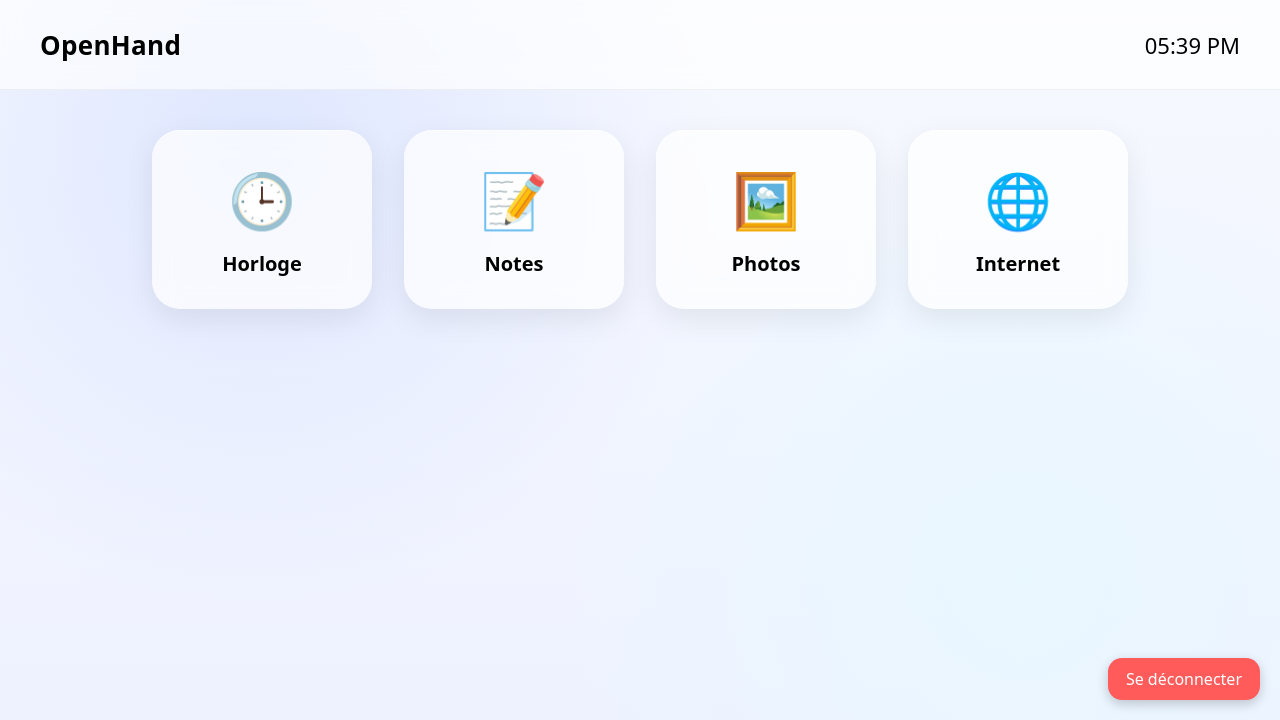
Repository: nlagardere/OpenHand
Page: index.html
The author's editor kept a copy of each file at every save. The page is drawn from the files as they stood at one save, then again after the next save.
The browser window is 1280 px wide. The pictures show the whole page.

Above is the page before, as saved 2026-01-30 21:35:21.

After the next save:
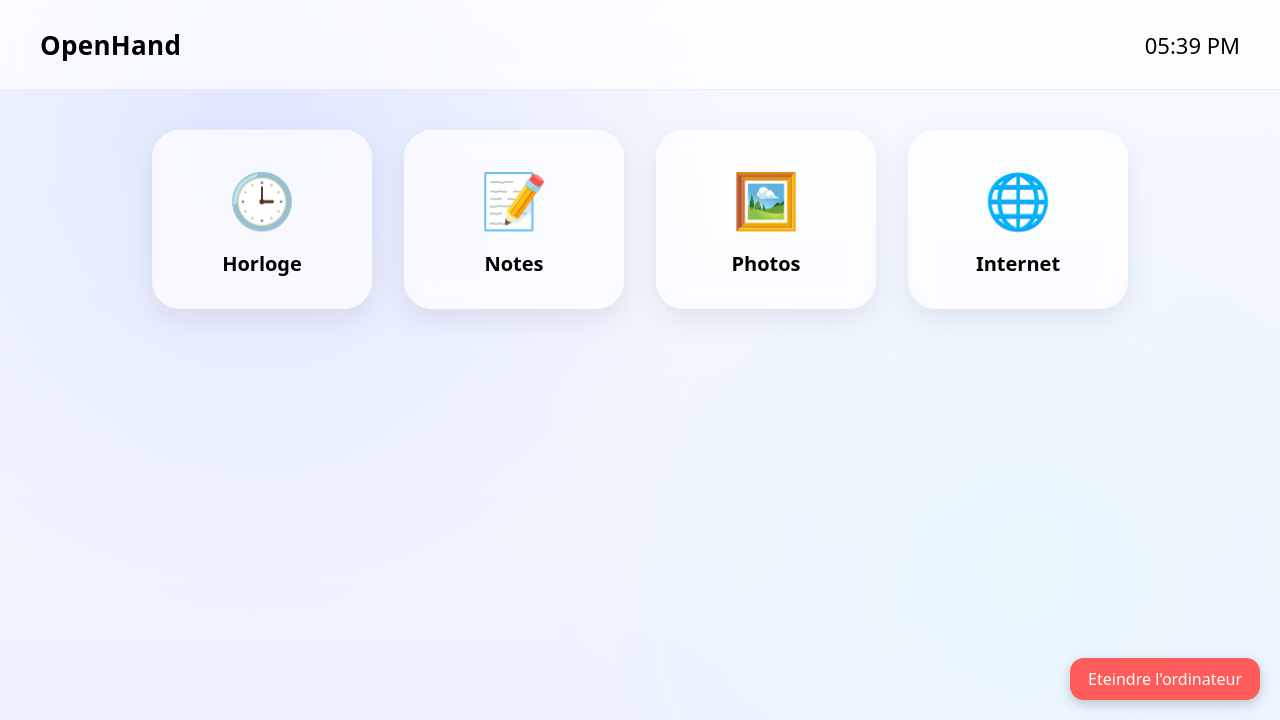
Saved 49 s later.
--- a/index.html
+++ b/index.html
@@ -21,7 +21,7 @@
 </div>
 
 <!-- Place le bouton en haut à droite du launcher ou dans le header -->
-<button id="shutdownbtn">Se déconnecter</button>
+<button id="shutdownbtn">Eteindre l'ordinateur</button>
 
 <script>
 // Pour l'instant, juste une action web-safe
